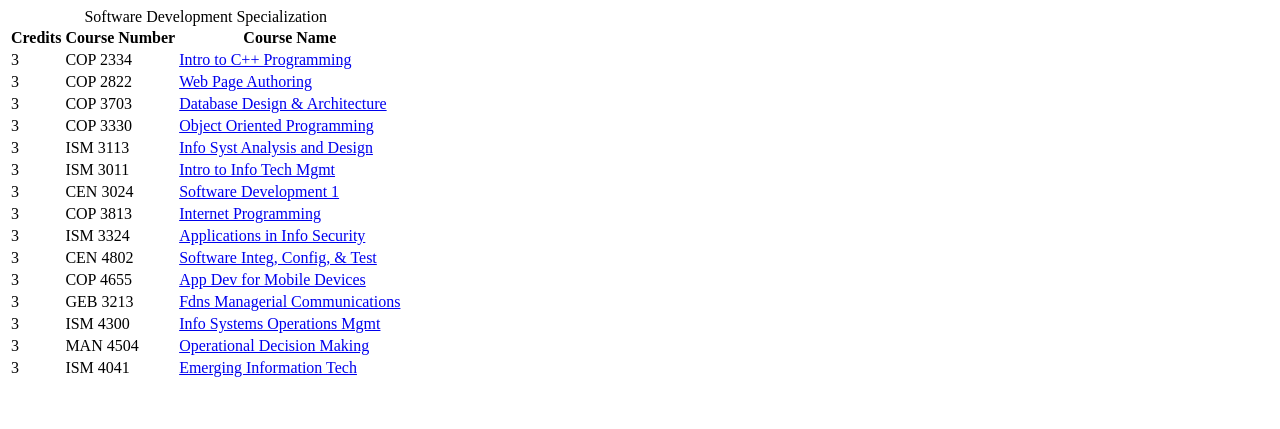
Repository: mlmEFSC21/P5-DegreeTableStyling
Page: FormattedProgramSpecialization1.html
An editor plug-in stored every save of this project. The page is shown before and after the next save, followed by the edit.
The browser window is 1280 px wide. The pictures show the whole page.
Some web fonts or font styles are not loaded; a fallback is used.

Above is the page before, as saved 2022-02-07 15:59:54.

After the next save:
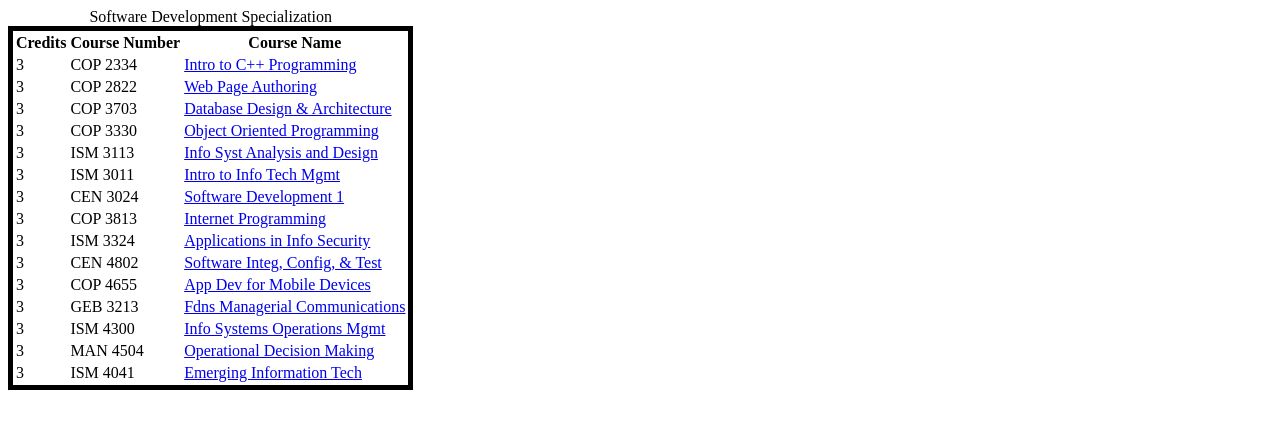
Saved 30 s later.
--- a/FormattedProgramSpecialization1.html
+++ b/FormattedProgramSpecialization1.html
@@ -13,7 +13,7 @@
         <title>Degree Specialization Table</title>
     </head>
     <body>
-        <table>
+        <table style="border: 5px solid black">
             <caption class="tableTitle">
                 Software Development Specialization
             </caption>
